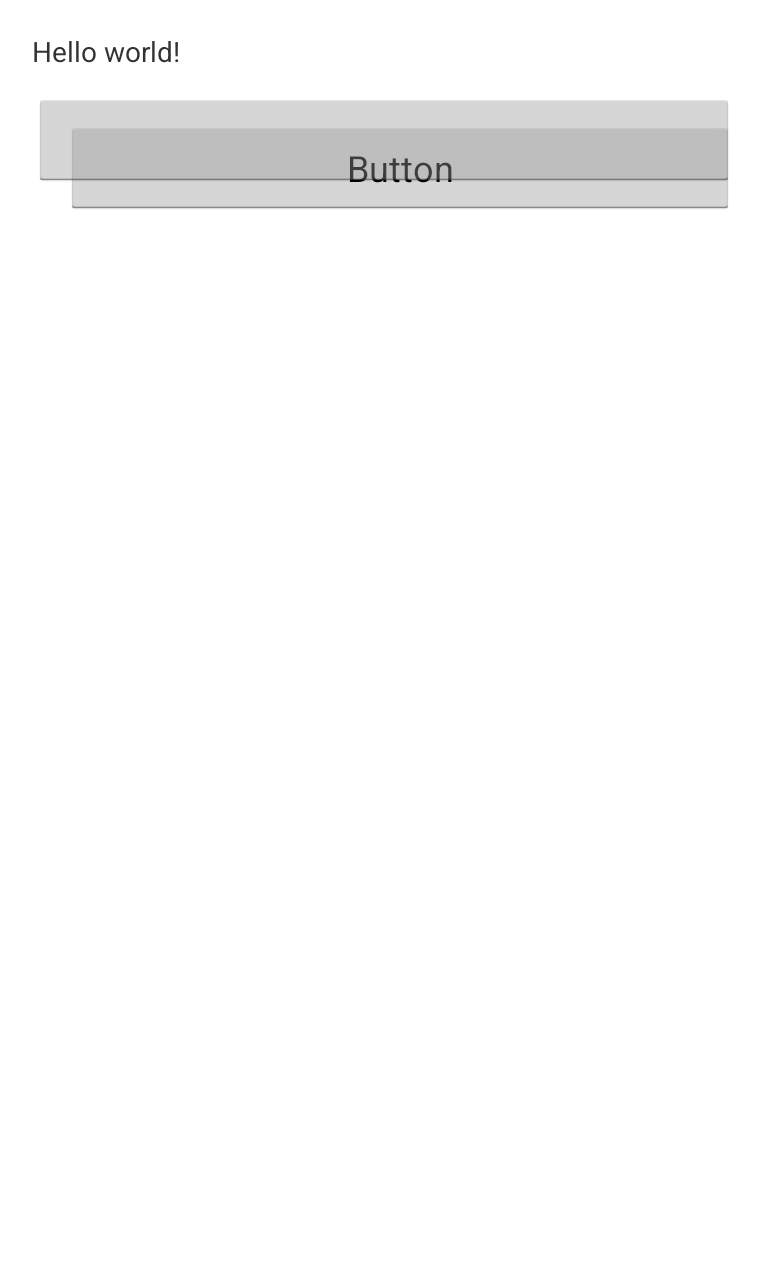
Repository: tntlym/android_practice
Layout: MainActivity/res/layout/activity_main.xml
The author's editor kept a copy of each file at every save. The layout is drawn from the files as they stood at one save, then again after the next save.
It is drawn on a 768 x 1280 px phone screen (xhdpi) without system bars, with theme AppTheme; the app's code is not run.

Above is the layout before, as saved 2013-06-24 13:49:34.

### MainActivity/res/layout/activity_main.xml
<RelativeLayout xmlns:android="http://schemas.android.com/apk/res/android"
    xmlns:tools="http://schemas.android.com/tools"
    android:layout_width="match_parent"
    android:layout_height="match_parent"
    android:paddingBottom="@dimen/activity_vertical_margin"
    android:paddingLeft="@dimen/activity_horizontal_margin"
    android:paddingRight="@dimen/activity_horizontal_margin"
    android:paddingTop="@dimen/activity_vertical_margin"
    tools:context=".MainActivity" >

    <TextView
        android:id="@+id/tv"
        android:layout_width="wrap_content"
        android:layout_height="wrap_content"
        android:text="@string/hello_world" />


    <Button
        android:id="@+id/button"
        android:layout_width="fill_parent"
        android:layout_height="wrap_content"
        android:layout_below="@+id/tv"
        android:layout_marginLeft="16dp"
        android:layout_marginTop="25dp"
        android:text="Button"
        android:onClick="mOnClick"/>

    <ImageView
        android:id="@+id/imageView"
        android:layout_width="wrap_content"
        android:layout_height="wrap_content"
        android:layout_below="@+id/button"
	 />

    <TextView
        android:id="@+id/textViewJson"
        android:layout_width="match_parent"
        android:layout_height="wrap_content"
        android:layout_centerVertical="true"
        android:layout_below="@+id/imageView"
        android:layout_marginTop="30dp"
         />
    <Button
        android:id="@+id/buttonJson"
        android:layout_width="match_parent"
        android:layout_height="wrap_content"
        android:layout_below="!+id/textViewJson"
        android:layout_marginTop="30dp"
        />

</RelativeLayout>

### MainActivity/res/values/strings.xml
<?xml version="1.0" encoding="utf-8"?>
<resources>

    <string name="app_name">AndroidNetworkSample</string>
    <string name="action_settings">Settings</string>
    <string name="hello_world">Hello world!</string>

</resources>

Loaded but not shown: MainActivity/res/values/styles.xml (common file); MainActivity/res/values-v11/styles.xml (common file); MainActivity/res/values-v14/styles.xml (common file); MainActivity/res/values/dimens.xml (common file)

After the next save:
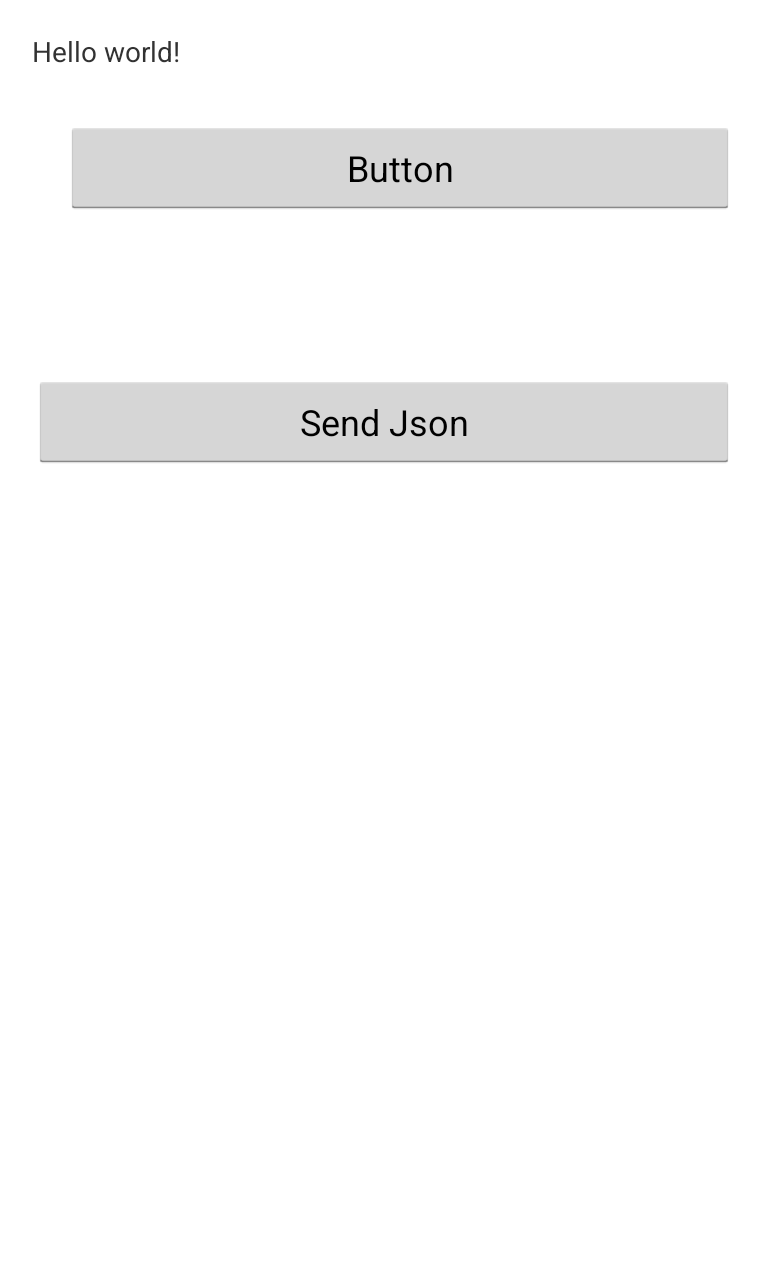
Saved 2 min 14 s later.
--- a/MainActivity/res/layout/activity_main.xml
+++ b/MainActivity/res/layout/activity_main.xml
@@ -44,8 +44,16 @@
         android:id="@+id/buttonJson"
         android:layout_width="match_parent"
         android:layout_height="wrap_content"
-        android:layout_below="!+id/textViewJson"
+        android:layout_below="@id/textViewJson"
         android:layout_marginTop="30dp"
+        android:text="Send Json"
+        />
+    <TextView
+        android:id="@+id/jsonResult"
+        android:layout_width="match_parent"
+        android:layout_height="wrap_content"
+        android:layout_below="@id/buttonJson"
+        android:layout_marginTop="20dp"
         />
 
 </RelativeLayout>
